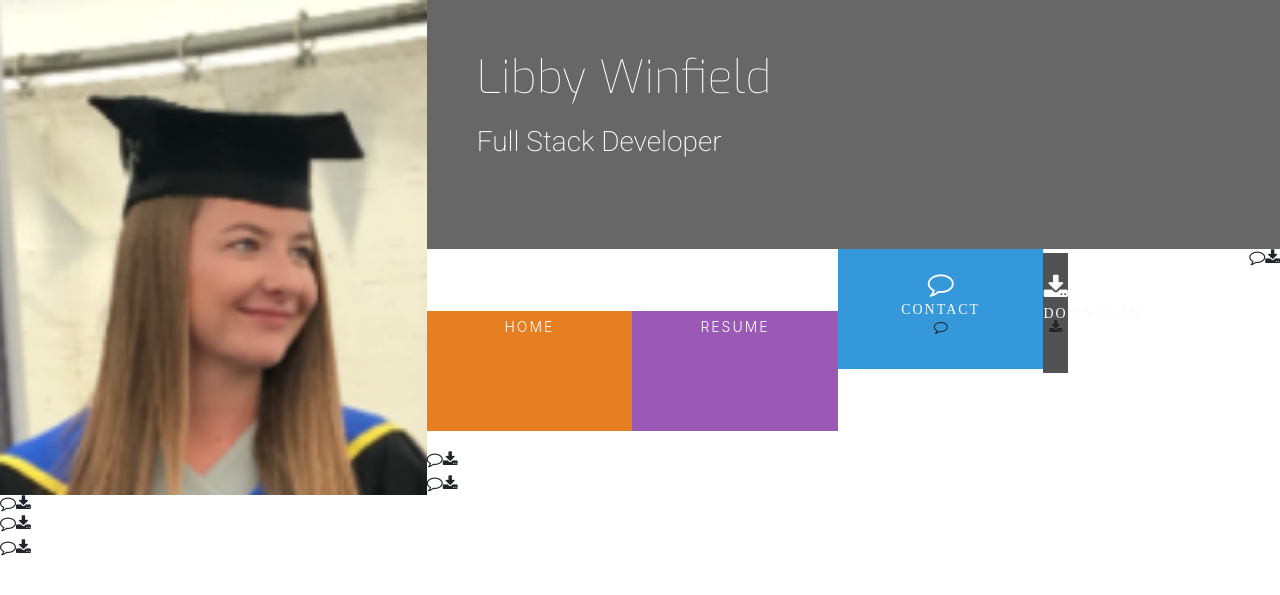
Repository: LibbyWin/CV
Page: index.html
The author's editor kept a record of every edit. The page is drawn from the files as they stood at one moment, then again after the next edit.
The browser window is 1280 px wide. The pictures show the whole page.

Above is the page before.

### index.html
<!DOCTYPE html>
<html lang="en">
<head>
    <meta charset="UTF-8">
    <meta name="viewport" content="width=device-width, initial-scale=1.0">
    <meta http-equiv="X-UA-Compatible" content="ie=edge">
    <link rel="stylesheet" href="https://stackpath.bootstrapcdn.com/bootstrap/4.3.1/css/bootstrap.min.css" type="text/css" />
    <link rel="stylesheet" href="https://stackpath.bootstrapcdn.com/font-awesome/4.7.0/css/font-awesome.min.css" type="text/css" />
    <link rel="stylesheet" href="assets/css/style.css" type="text/css" />
    <title>Libby</title>
    <style>
   @import url('https://fonts.googleapis.com/css?family=Exo&display=swap');
    </style>
</head>
<body>
    <header>
        <div class="row no-gutters">
            <a href="index.html" class="col-md-4 logo">

            </a>
            <div class="col-md-8">
                <div class="row no-gutters bg-color-name-title">
                    <div class="col heading">
                        <h1 class="name">Libby Winfield</h1>
                        <h2 class="title">Full Stack Developer</h2>

                    </div>
                </div>
                <div class="row no-gutters">
                    <div class="col">
                        <ul id="nav" class="list-inline menucontainer">
                            <li class="col-6 col-sm-3 ui-menu-color-home list-inline-item menuitem">
                                <a href="#"></i><span>Home</span></a>
                            </li>
                            <li class="col-6 col-sm-3 ui-menu-color-resume list-inline-item menuitem">
                                <a href="#"><span>Resume</span></a>
                            </li>
                            <li class="col-6 col-sm-3 ui-menu-color-contact list-inline-item menuitem">
                                <a href="#"><i class="fa fa-comment-o" aria-hidden_"true"><span>Contact</span></a>
                            </li>
                            <li class="col-6 col-sm-3 ui-menu-color-download list-inline-item menuitem">
                                <a href="#"><i class="fa fa-download" aria-hidden_"true"><span>Download</span></a>
                            </li>
                        </ul>
                    </div>
                </div>


            </div>
        </div>
    </header>
    <section>

    </section>
    <footer>

    </footer>

</body>
</html>

### assets/css/style.css
@import url('https://fonts.googleapis.com/css?family=Roboto:100,200,300,400,500,600,700|Exo:100,200,300,400,500,600,700');

/*--------------------------------------------Colors*/

.bg-color-name-title {
    background-color: #676767;
}

.ui-menu-color-home {
    background-color: #e67e22;
}

.ui-menu-color-resume {
    background-color: #9b59b6;
}

.ui-menu-color-contact {
    background-color: #3498db;
}

.ui-menu-color-download {
    background-color: #525252;
}

/*--------------------------------------------Heading*/

header {
    margin: 0;
}

.heading {
    margin-left: 50px;
}

.logo {
    background: url("../images/IMG_1027.JPG");
    background-position: center;
    background-repeat: no-repeat;
    background-size: cover;
    min-height: 360px;
    transition: all .5s ease-in-out;
    -moz-transition: all .5s ease-in-out;
    -webkit-transition: all .5s ease-in-out;
}

.name {
    font-family: "Exo", sans-serif;
    font-weight: 100;
    font-size: 46px;
    margin-top: 50px;
    color: #fff;
}

.title {
    font-family: "Roboto", sans-serif;
    font-weight: 200;
    font-size: 28px;
    margin-top: 20px;
    margin-bottom: 90px;
    color: #fff;
}

.list-inline-item:not(:last-child) {
    margin: 0;
}

.menucontainer {
    font-size: 0;
}

#nav li {
    font-size: 14px;
    padding: 0;
}

.menuitem {
    height: 120px;
    text-align: center;
    padding: 0;
}

.menuitem a {
    width: 100%;
    text-decoration: none;
    color: #fff;
    height: 120px;
}

.menuitem a i {
    padding-top: 22px;
    display: block;
    color: #fafafa;
    font-size: 26px;
}

.menuitem span {
    display: block;
    width: 100%;
    padding-top: 5px;
    text-align: center;
    text-transform: uppercase;
    font-size: 14px;
    font-weight: 300;
    letter-spacing: 2px;
}

After the next edit:
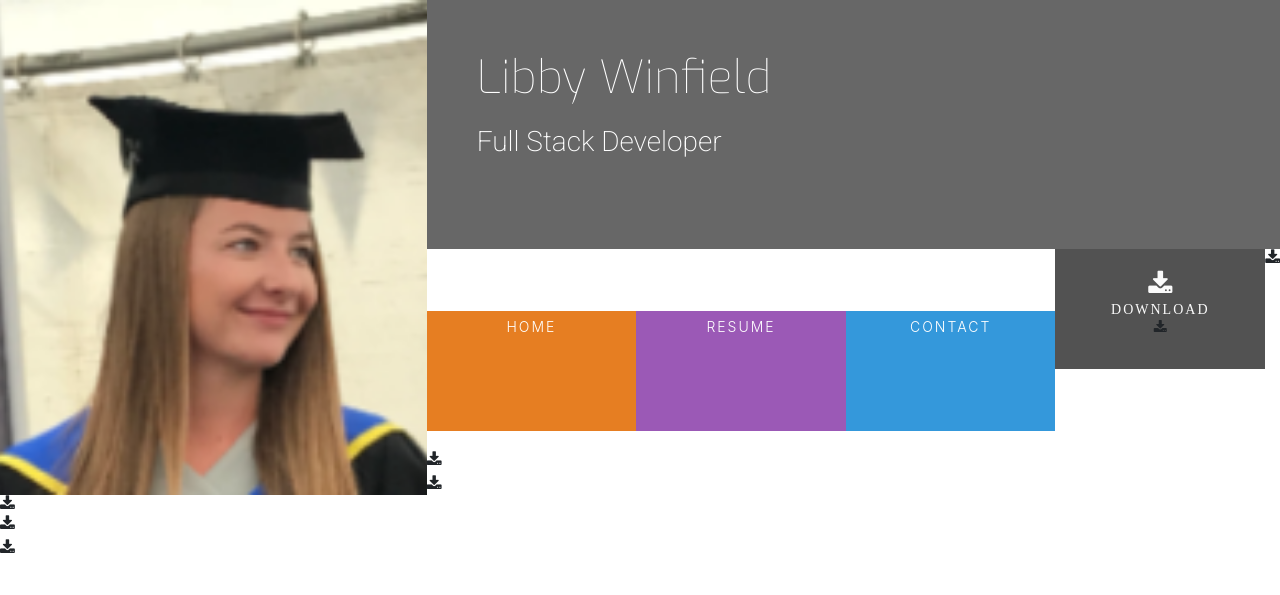
The edit:
--- a/index.html
+++ b/index.html
@@ -36,7 +36,7 @@
                                 <a href="#"><span>Resume</span></a>
                             </li>
                             <li class="col-6 col-sm-3 ui-menu-color-contact list-inline-item menuitem">
-                                <a href="#"><i class="fa fa-comment-o" aria-hidden_"true"><span>Contact</span></a>
+                                <a href="#"><span>Contact</span></a>
                             </li>
                             <li class="col-6 col-sm-3 ui-menu-color-download list-inline-item menuitem">
                                 <a href="#"><i class="fa fa-download" aria-hidden_"true"><span>Download</span></a>
